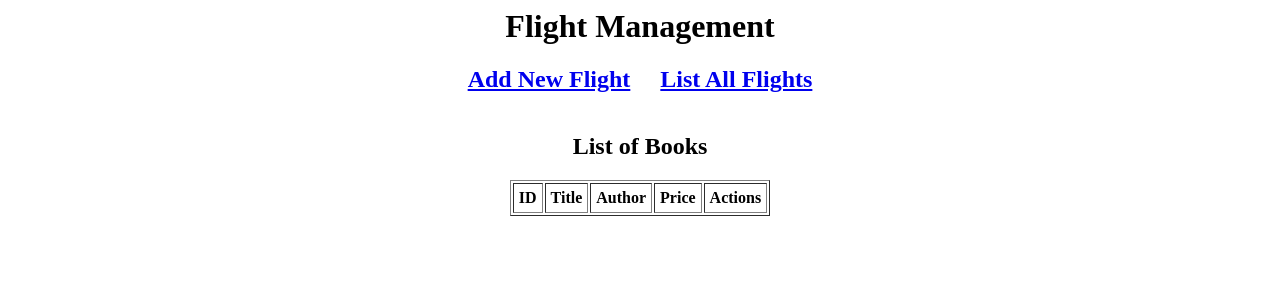
Repository: pawankas/Java_Mini_Project
Page: http://localhost/AirReservation/Home.jsp
The author's editor kept a copy of each file at every save. The page is drawn from the files as they stood at one save, then again after the next save.
The browser window is 1280 px wide. The pictures show the whole page.
The page is served by Tomcat 9. Other server files are loaded and not shown. The template is opened directly, without the code that normally fills it, so the values that code supplies are empty.

Above is the page before, as saved 2022-03-13 04:52:35.

### final/AirReservation/WebContent/Home.jsp
<%@ page language="java" contentType="text/html; charset=UTF-8"
    pageEncoding="UTF-8"%>
<%@ taglib uri="http://java.sun.com/jsp/jstl/core" prefix="c" %>
<html>
<head>
    <title>Flight Reservation System</title>
</head>
<body>
    <center>
        <h1>Flight Management</h1>
        <h2>
            <a href="/new">Add New Flight</a>
            &nbsp;&nbsp;&nbsp;
            <a href="/list">List All Flights</a>

        </h2>
    </center>
    <div align="center">
        <table border="1" cellpadding="5">
            <caption><h2>List of Books</h2></caption>
            <tr>
                <th>ID</th>
                <th>Title</th>
                <th>Author</th>
                <th>Price</th>
                <th>Actions</th>
            </tr>
            <c:forEach var="book" items="${listBook}">
                <tr>
                    <td><c:out value="${book.id}" /></td>
                    <td><c:out value="${book.title}" /></td>
                    <td><c:out value="${book.author}" /></td>
                    <td><c:out value="${book.price}" /></td>
                    <td>
                        <a href="/edit?id=<c:out value='${book.id}' />">Edit</a>
                        &nbsp;&nbsp;&nbsp;&nbsp;
                        <a href="/delete?id=<c:out value='${book.id}' />">Delete</a>
                    </td>
                </tr>
            </c:forEach>
        </table>
    </div>
</body>
</html>

After the next save:
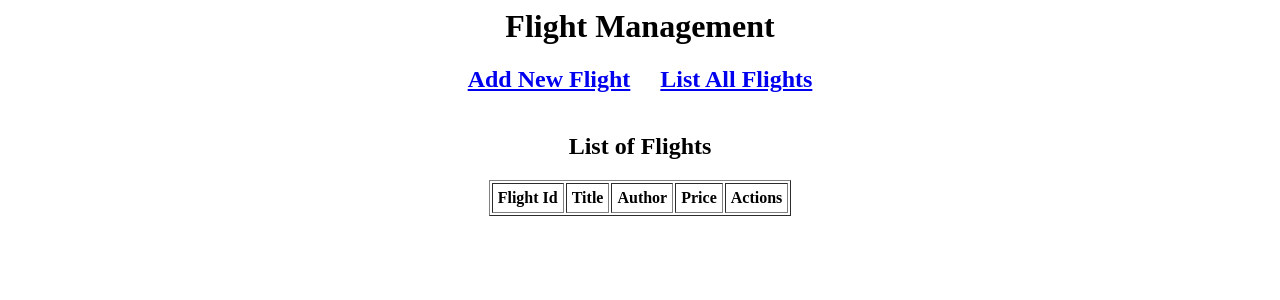
Saved 18 s later.
--- a/final/AirReservation/WebContent/Home.jsp
+++ b/final/AirReservation/WebContent/Home.jsp
@@ -17,9 +17,9 @@
     </center>
     <div align="center">
         <table border="1" cellpadding="5">
-            <caption><h2>List of Books</h2></caption>
+            <caption><h2>List of Flights</h2></caption>
             <tr>
-                <th>ID</th>
+                <th>Flight Id</th>
                 <th>Title</th>
                 <th>Author</th>
                 <th>Price</th>
